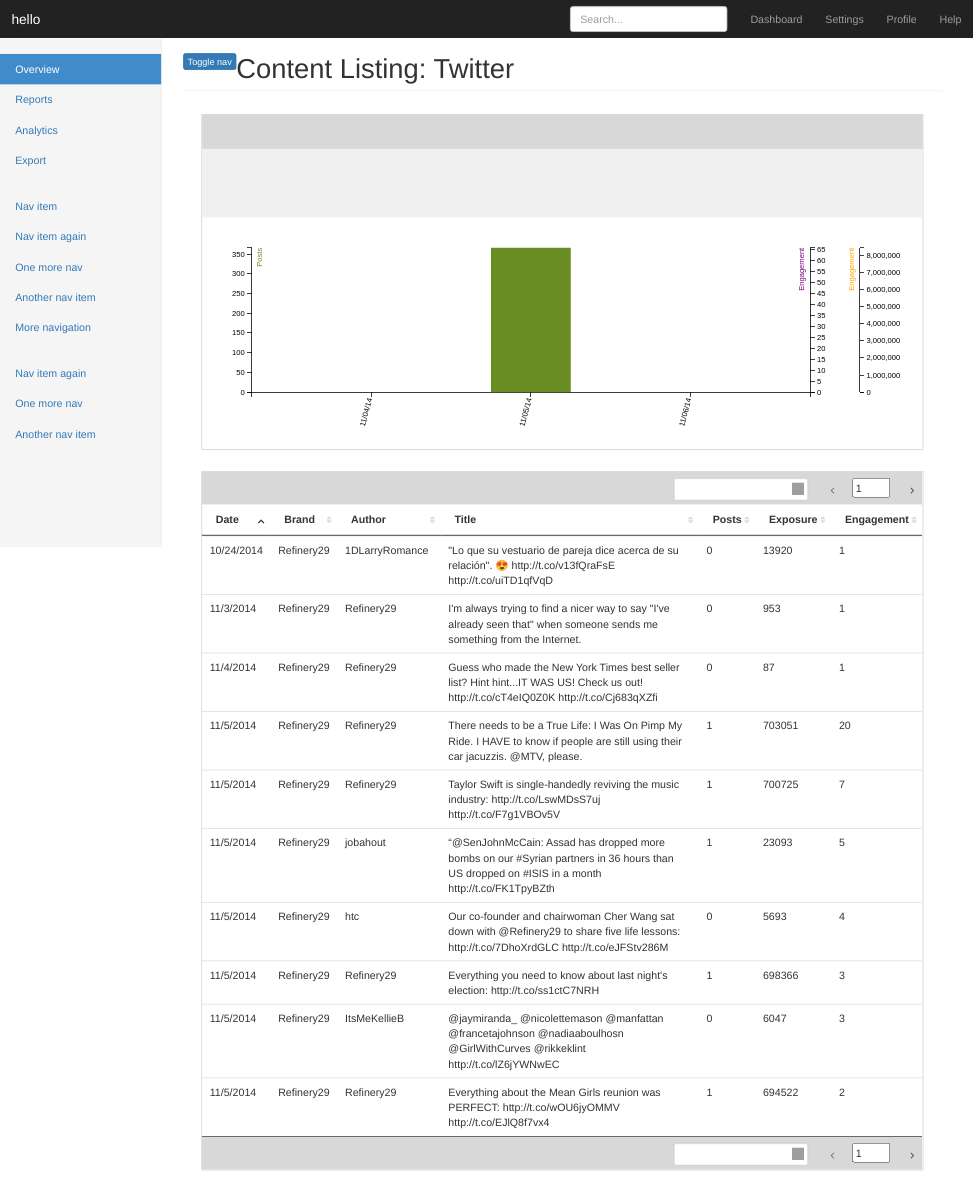
Repository: sadam0930/dashboard-example
Page: mclient/index.html
The author's editor kept a record of every edit. The page is drawn from the files as they stood at one moment, then again after the next edit.
The browser window is 1280 px wide. The pictures show the whole page, at 76% of full size.
Pictures or frames that could not be fetched are drawn as grey boxes.

Above is the page before.

After the next edit:
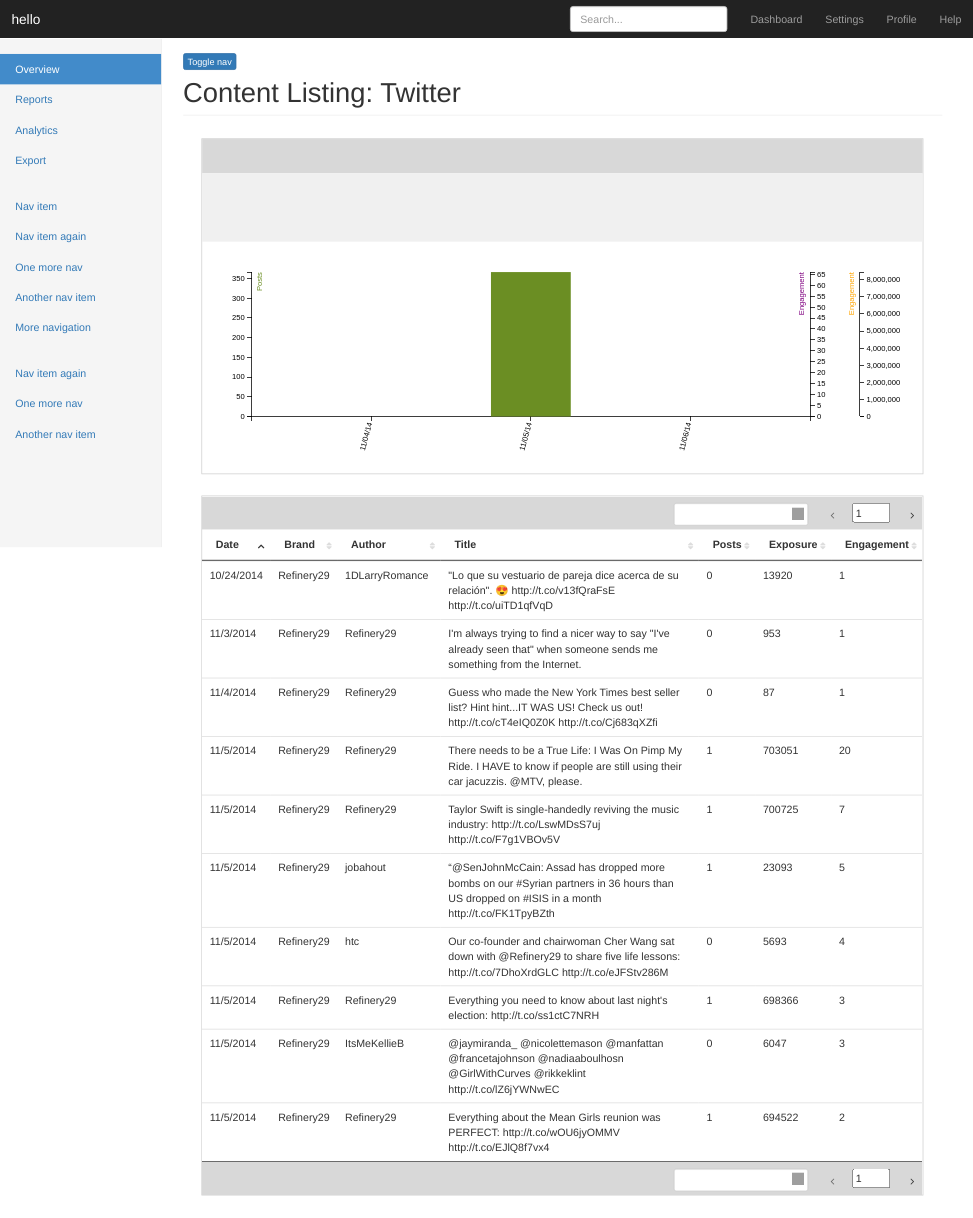
The edit:
--- a/mclient/index.html
+++ b/mclient/index.html
@@ -63,7 +63,7 @@
         </div>
 
         <div class="col-sm-9 col-sm-offset-3 col-md-10 col-md-offset-2 main">
-          <p class="pull-left">
+          <p>
             <button type="button" class="btn btn-primary btn-xs" data-toggle="offcanvas">Toggle nav</button>
           </p>
 
